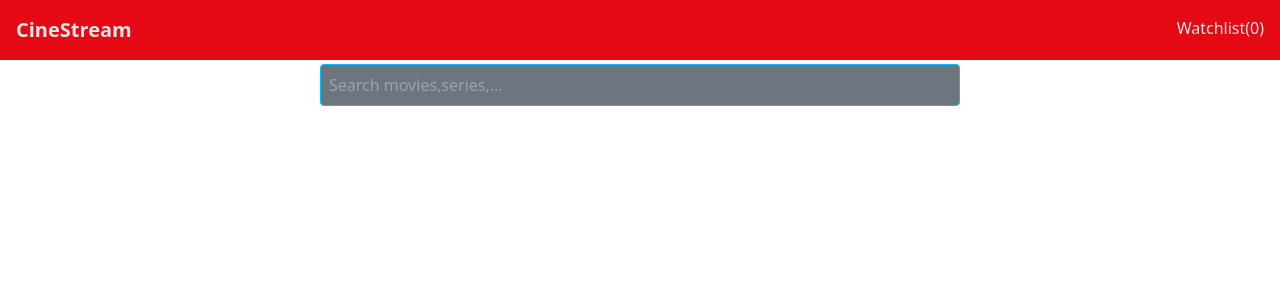
Repository: Reshmashameem31/Cine-Stream
Page: / (app in movie-project/)
An editor plug-in stored every save of this project. The page is shown before and after the next save, followed by the edit.
The browser window is 1280 px wide. The pictures show the whole page.
The project was rebuilt for these pictures with package versions that can differ from the ones it lists, and the page was loaded fresh each time. Also part of the build but not shown: movie-project/vite.config.js, movie-project/src/pages/WatchList.jsx.

Above is the page before, as saved 2025-08-15 17:45:38.

After the next save:
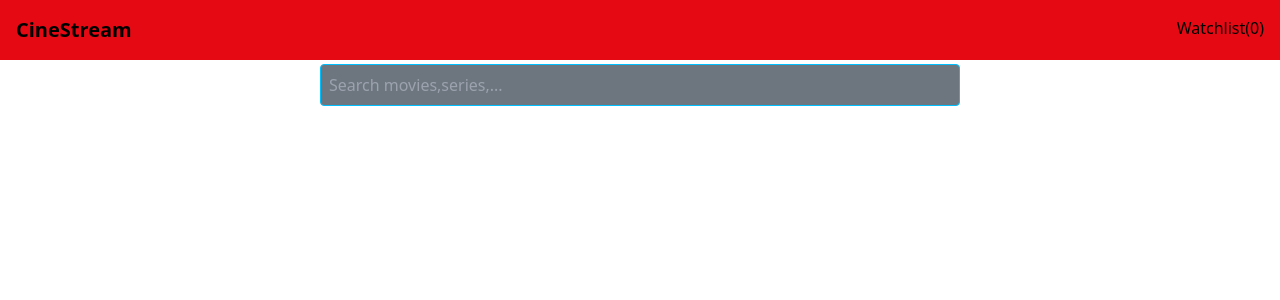
Saved 8 s later.
--- a/movie-project/src/pages/Navbar.jsx
+++ b/movie-project/src/pages/Navbar.jsx
@@ -3,7 +3,7 @@ import { Link } from 'react-router-dom'
 
 const Navbar = () => {
   return (
-    <nav className='p-4 bg-[#E50914] text-[#E5E5E5]  flex justify-between fixed w-full top-0'>
+    <nav className='p-4 bg-[#E50914] text-[#]  flex justify-between fixed w-full top-0'>
       <Link to="/" className='font-bold text-xl hover:text-[#00E5FF] '>CineStream</Link>
       <Link to="/watchlist" className='text-l hover:text-[#00E5FF]'>Watchlist(0)</Link>
     </nav>
